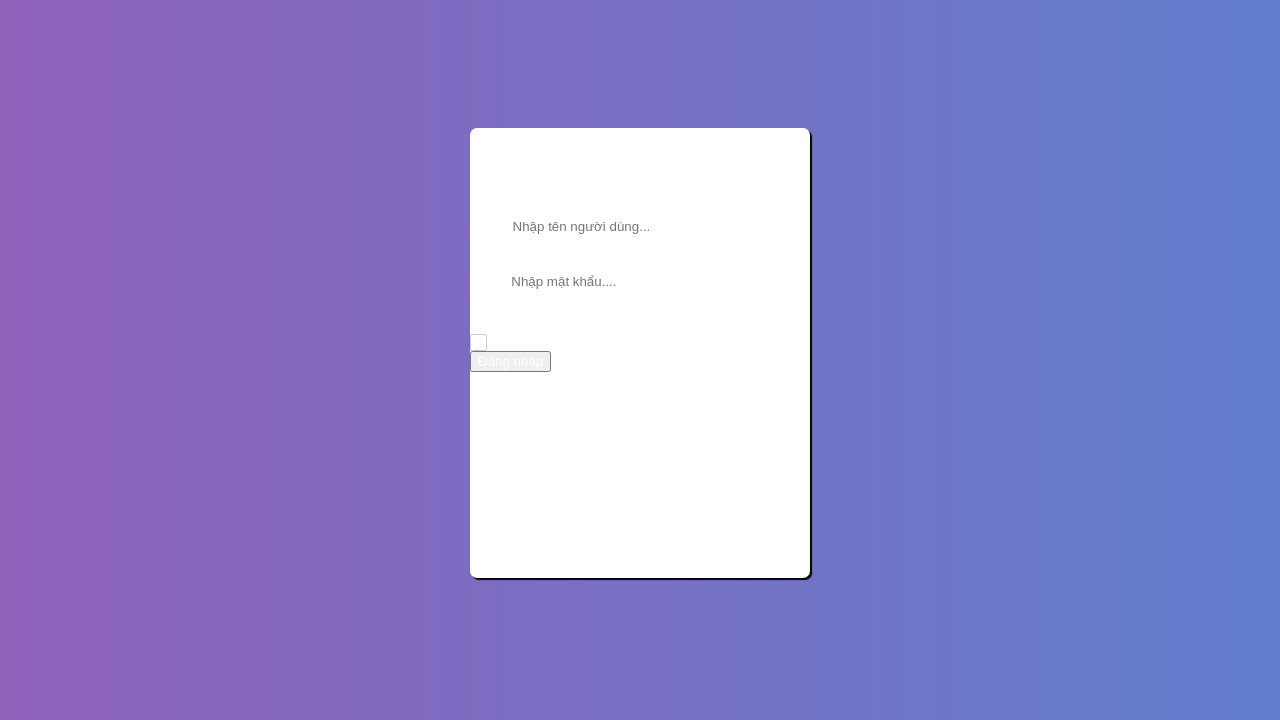
Repository: Nieday306/shophoaqua
Page: login.html
These files come from the project's save history. The page is drawn as it stood at one moment and after the next save; the edit follows.
The browser window is 1280 px wide. The pictures show the whole page.

Above is the page before, as saved 2024-04-06 18:08:47.

After the next save:
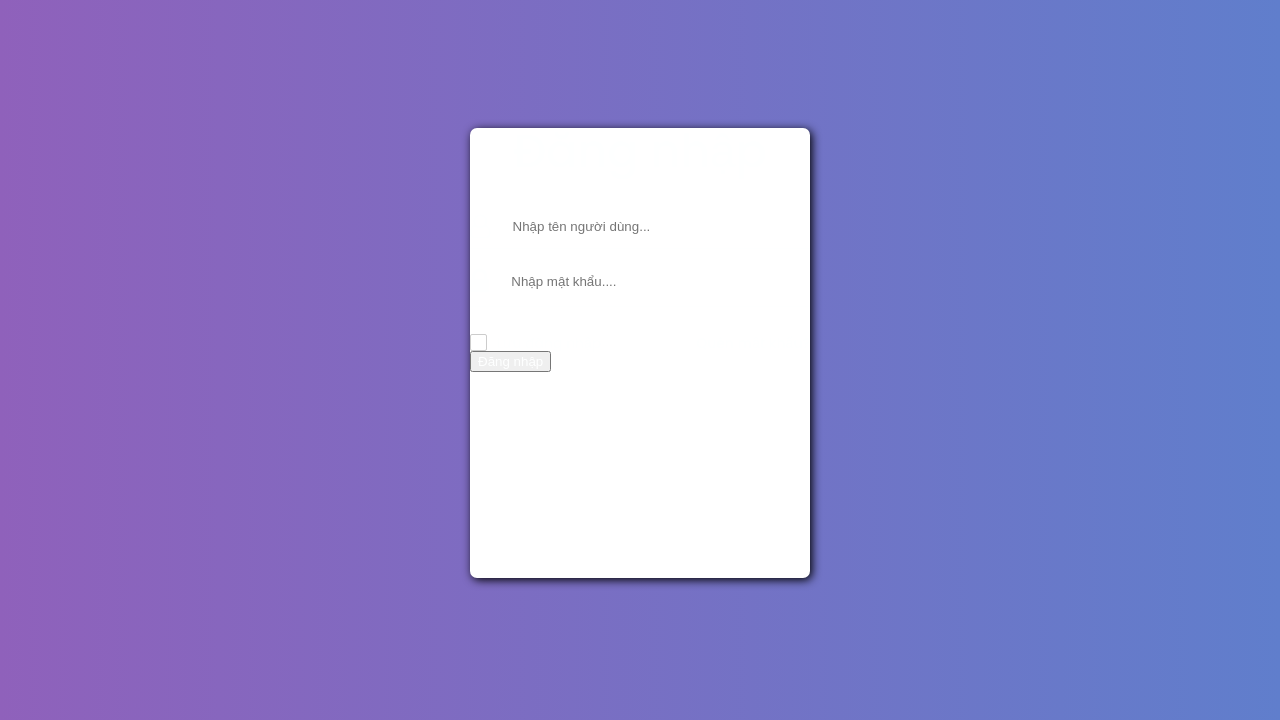
Saved 4 s later.
--- a/assets/css/login.css
+++ b/assets/css/login.css
@@ -25,7 +25,7 @@ main {
   min-height: 450px;
   margin: 10% auto;
   border-radius: 7px;
-  box-shadow: 2px 2px 1px rgb(0, 0, 0);
+  box-shadow: 2px 2px 10px rgb(0, 0, 0);
 }
 
 .row {
